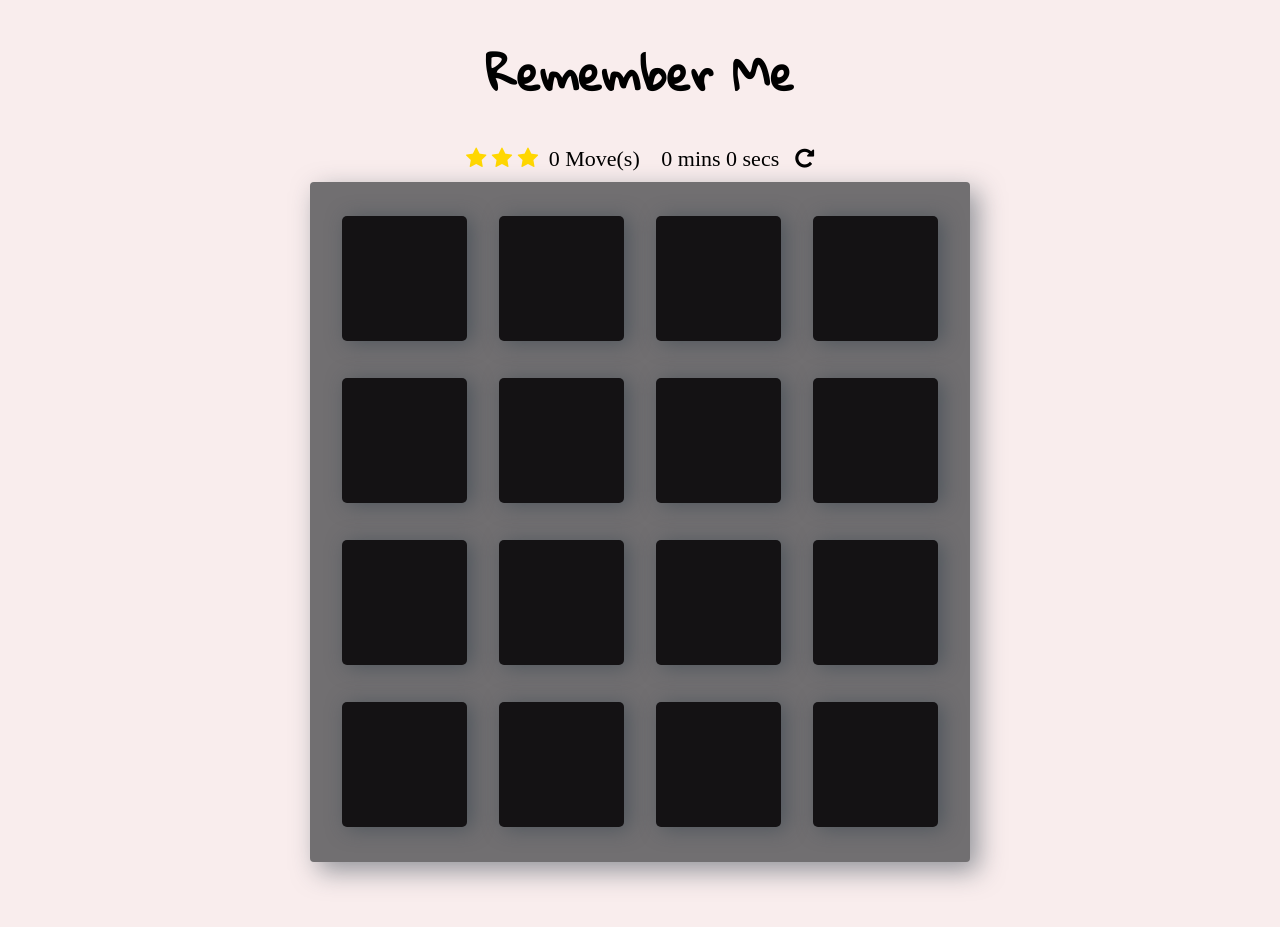
Repository: chrisntaskas/rememberme
Page: index.html
The author's editor kept a record of every edit. The page is drawn from the files as they stood at one moment, then again after the next edit.
The browser window is 1280 px wide. The pictures show the whole page.
Some web fonts or font styles are not loaded; a fallback is used. Some web libraries are served in a nearby version.

Above is the page before.

After the next edit:
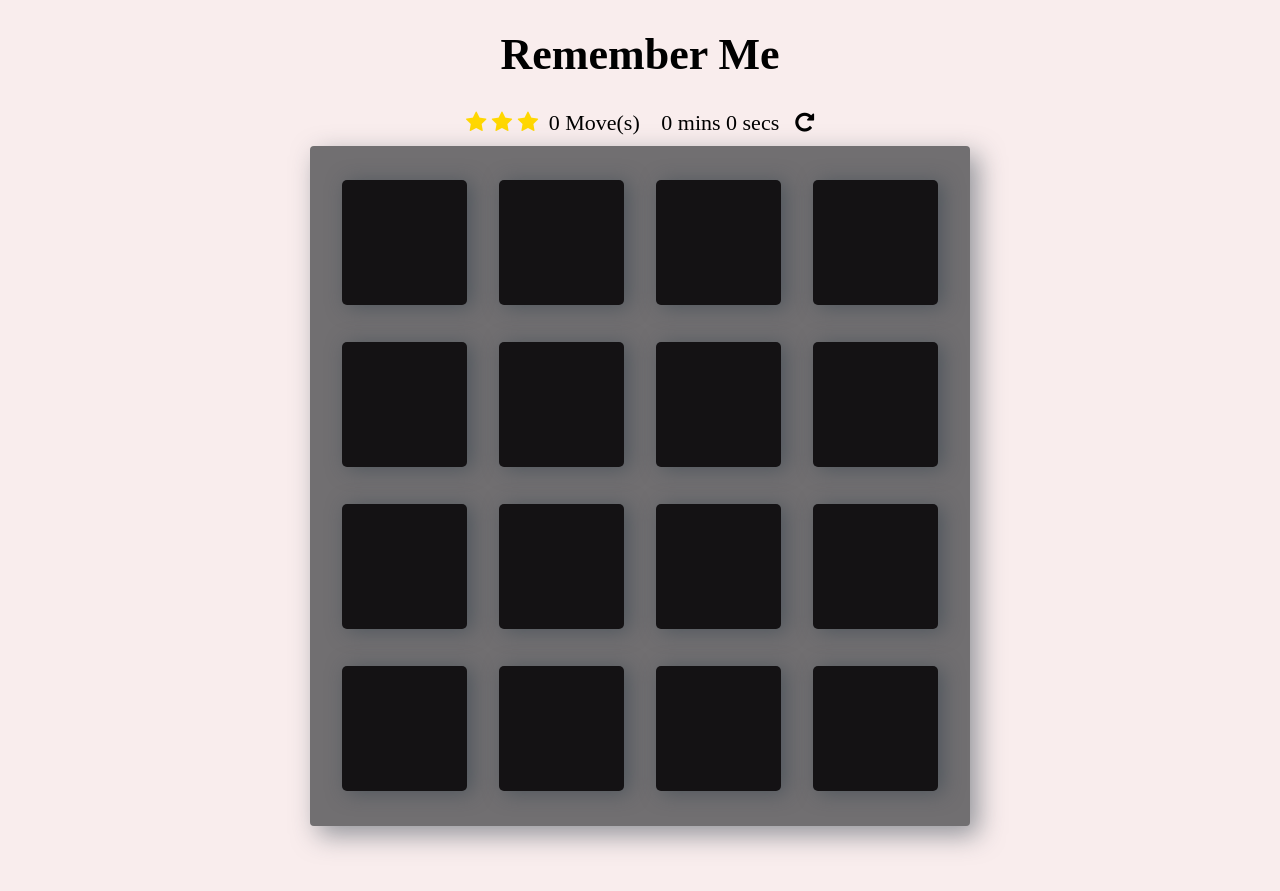
The edit:
--- a/css/app.css
+++ b/css/app.css
@@ -30,7 +30,7 @@
 }
 
 h1 {
-	font-family: 'Gloria Hallelujah', cursive;
+	font-family: 'Oswald', cursive;
 }
 
 
